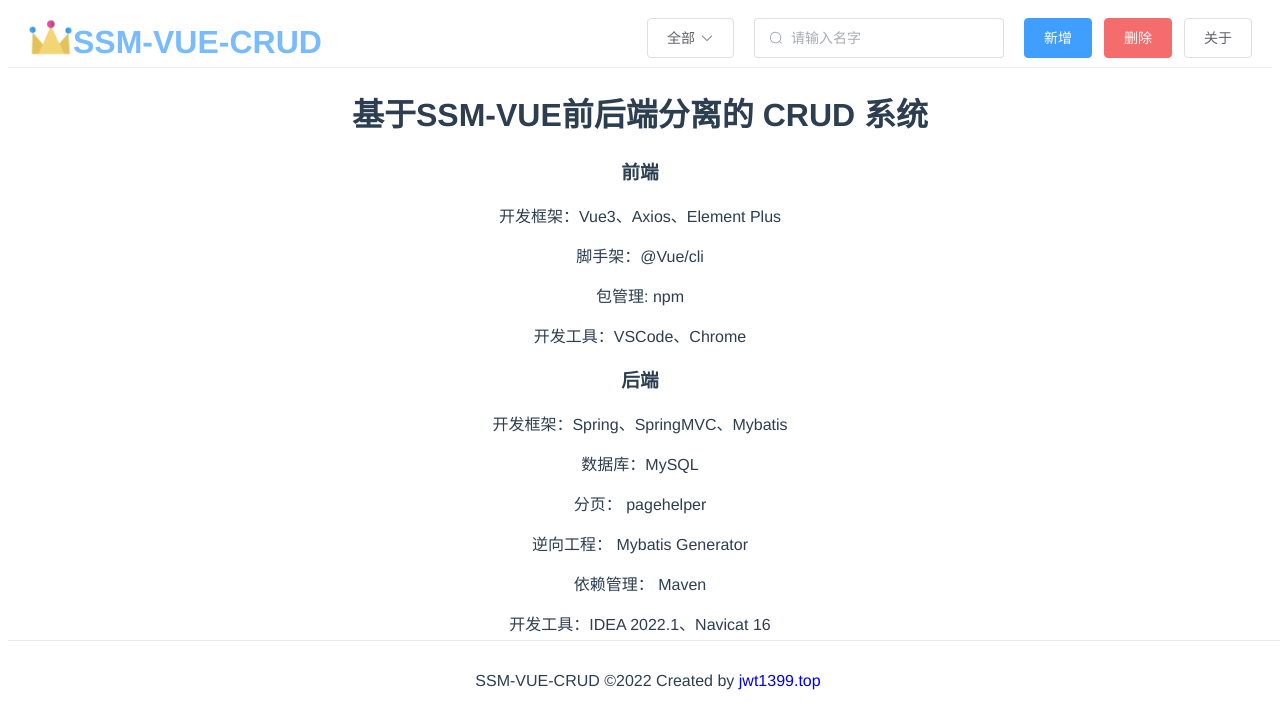
Repository: jwt1399/ssm-vue-crud
Page: /#/about (app in ssm-crud-front/)
These files come from the project's save history. The page is drawn as it stood at one moment and after the next save; the edit follows.
The browser window is 1280 px wide. The pictures show the whole page.
The project was rebuilt for these pictures with package versions that can differ from the ones it lists, and the page was loaded fresh each time. Also part of the build but not shown: ssm-crud-front/vue.config.js, ssm-crud-front/src/components/Form.vue, ssm-crud-front/src/views/CrudView.vue.

Above is the page before, as saved 2022-06-09 13:14:21.

### ssm-crud-front/public/index.html
<!DOCTYPE html>
<html lang="zh-Hans">
  <head>
    <meta charset="utf-8">
    <meta http-equiv="X-UA-Compatible" content="IE=edge">
    <meta name="viewport" content="width=device-width,initial-scale=1.0">
    <link rel="icon" href="<%= BASE_URL %>favicon.png">
    <title><%= htmlWebpackPlugin.options.title %></title>
  </head>
  <body>
    <noscript>
      <strong>We're sorry but <%= htmlWebpackPlugin.options.title %> doesn't work properly without JavaScript enabled. Please enable it to continue.</strong>
    </noscript>
    <div id="app"></div>
    <!-- built files will be auto injected -->
  </body>
</html>

### ssm-crud-front/src/main.js
import { createApp } from 'vue'
import App from './App.vue'
import router from './router'
import ElementPlus from 'element-plus'
import 'element-plus/dist/index.css'
import * as ElementPlusIconsVue from '@element-plus/icons-vue'

const app = createApp(App)

//配置全局icon
for (const [key, component] of Object.entries(ElementPlusIconsVue)) {
    app.component(key, component)
  }

app.use(router).use(ElementPlus).mount('#app')

### ssm-crud-front/src/App.vue
<template>
  <Header/>
  <router-view/>
  <Footer/>
</template>

<script>
import Header from '@/components/Header.vue'
import Footer from '@/components/Footer.vue'
export default {
    components: {
        Header,
        Footer,
    }
}
</script>

<style>
#app {
  font-family: Avenir, Helvetica, Arial, sans-serif;
  -webkit-font-smoothing: antialiased;
  -moz-osx-font-smoothing: grayscale;
  /* text-align: center; */
  color: #2c3e50;
}
</style>

### ssm-crud-front/src/router/index.js
import { createRouter, createWebHashHistory } from 'vue-router'
import CrudView from '../views/CrudView.vue'
const routes = [
  {
    path: '/',
    name: 'home',
    component: CrudView
  },
  {
    path: '/about',
    name: 'about',
    // route level code-splitting
    // this generates a separate chunk (about.[hash].js) for this route
    // which is lazy-loaded when the route is visited.
    component: () => import(/* webpackChunkName: "about" */ '../views/AboutView.vue')
  }
]

const router = createRouter({
  history: createWebHashHistory(),
  routes
})

export default router

### ssm-crud-front/src/components/Header.vue
<template>
 <el-header class="header">
    <div class="nav">
        <a href="/" class="nav-link">
            <img src="../assets/favicon.png" alt="logo" class="nav-logo">
            <h1 class="nav-title ">SSM-VUE-CRUD</h1>
        </a>
    </div>
    <div class="nav-item">
        <el-dropdown>
            <el-button size="large">
                全部
                <el-icon class="el-icon--right">
                    <arrow-down />
                </el-icon>
            </el-button>
            <template #dropdown>
                <el-dropdown-menu>
                    <el-dropdown-item>Action 1</el-dropdown-item>
                    <el-dropdown-item>Action 2</el-dropdown-item>
                </el-dropdown-menu>
            </template>
        </el-dropdown>

        <div class="nav-search">
            <el-input
            placeholder="请输入名字"
            v-model="search"
            size="large"
            @change="searchChange"
            clearable >
                <template #prefix>
                    <el-icon class="el-input__icon"><search /></el-icon>
                </template>
            </el-input>

        </div>
        <el-button type="primary" size="large" @click="addEmployee()">新增</el-button>
        <el-button type="danger" size="large" @click="batchDeleteEmployee()">删除</el-button>
        <!-- <router-link to='/about'> -->
        <el-button type="default" size="large" @click="skipAbout()">关于</el-button>
        <!-- </router-link> -->
    </div>
</el-header>
</template>

<script>
import { useRouter } from 'vue-router'

export default {
    name: 'Header',
    setup() {
        const router = useRouter()
        const skipAbout = ()=>{
        // window.location.href='#/about';
        // router.push({path:'about'})
        router.push({ name: 'about'})
        }
        return {
            skipAbout,
        }
    },

}


</script>



<style scoped>
.nav-logo {
	height: 45px;
	width: 45px;
	vertical-align: middle;
	display: inline-block;
}

.nav-title {
	font-size: 2rem;
	display: inline-block;
	vertical-align: middle;
	color: #79bbff;
	padding-top: 10px;
}

.nav-item {
	display: flex;
	align-items: center;
}

.nav-search {
	width: 250px;
	margin: 0 20px;
}

.header {
	display: flex;
	align-items: center;
	justify-content: space-between;
	width: 100%;
	border-bottom: 1px solid #eee;
	min-width: 800px;
}



</style>

### ssm-crud-front/src/components/Footer.vue
<template>
<el-footer class="footer">
    <span>SSM-VUE-CRUD ©2022 Created by </span>
    <a href="https://jwt1399.top" style="text-decoration: none;"> jwt1399.top</a>
 </el-footer>
</template>


<script>
export default{
    name:'Footer',
}
</script>

 <style scoped>
.footer {
    /* 固定在底部18-19 */
    position: fixed;
    bottom: 0px;
    text-align: center;
    width: 100%;
    /* 垂直居中23-24 */
    height: 80px;
    line-height:80px;
    background-color: #fff;
    border-top:1px solid #E7E7E7;

}

</style>

### ssm-crud-front/src/views/AboutView.vue
<template>
  <div class="about">
    <h1>基于SSM-VUE前后端分离的 CRUD 系统</h1>
    <h3>前端</h3>
    <p>开发框架：Vue3、Axios、Element Plus</p>
    <p>脚手架：@Vue/cli</p>
    <p>包管理: npm</p>
    <p>开发工具：VSCode、Chrome</p>
    <h3>后端</h3>
    <p>开发框架：Spring、SpringMVC、Mybatis</p>
    <p>数据库：MySQL</p>
    <p>分页： pagehelper</p>
    <p>逆向工程： Mybatis Generator</p>
    <p>依赖管理： Maven</p>
    <p>开发工具：IDEA 2022.1、Navicat 16</p>
  </div>
</template>

<style scoped>
.about{
  text-align: center;
}
</style>

After the next save:
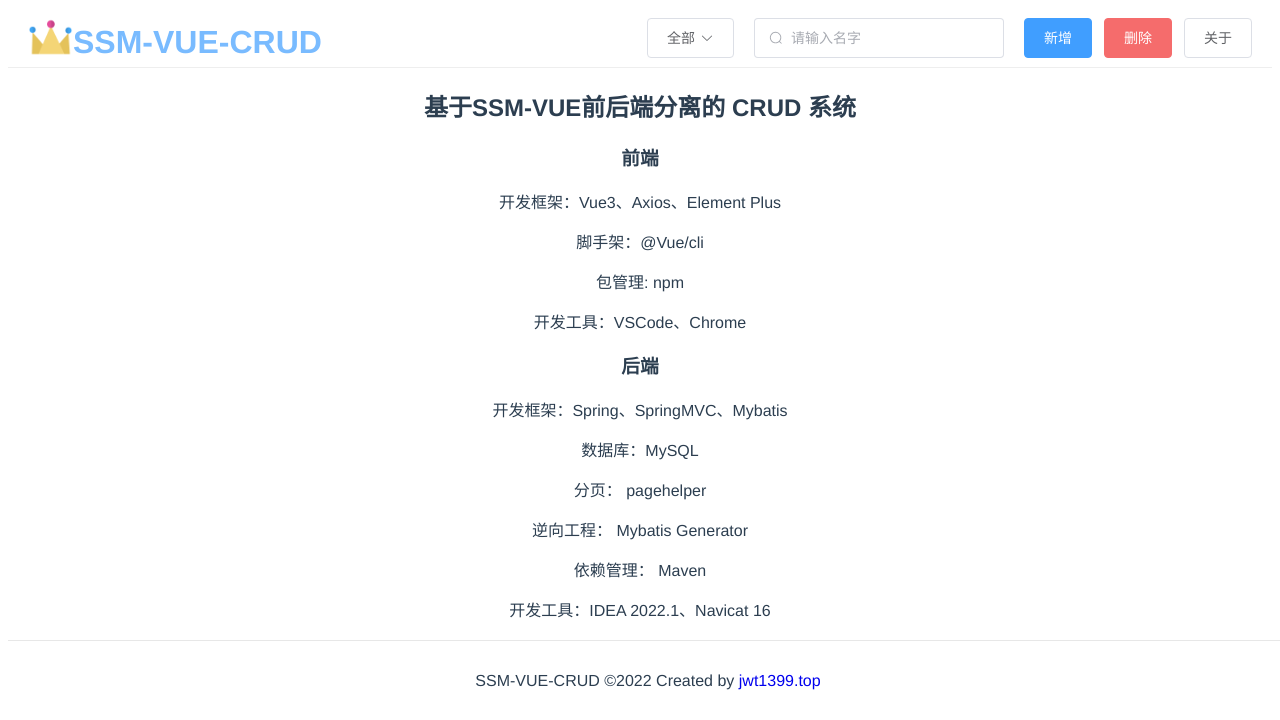
Saved 5 s later.
--- a/ssm-crud-front/src/views/AboutView.vue
+++ b/ssm-crud-front/src/views/AboutView.vue
@@ -1,6 +1,6 @@
 <template>
   <div class="about">
-    <h1>基于SSM-VUE前后端分离的 CRUD 系统</h1>
+    <h2>基于SSM-VUE前后端分离的 CRUD 系统</h2>
     <h3>前端</h3>
     <p>开发框架：Vue3、Axios、Element Plus</p>
     <p>脚手架：@Vue/cli</p>
